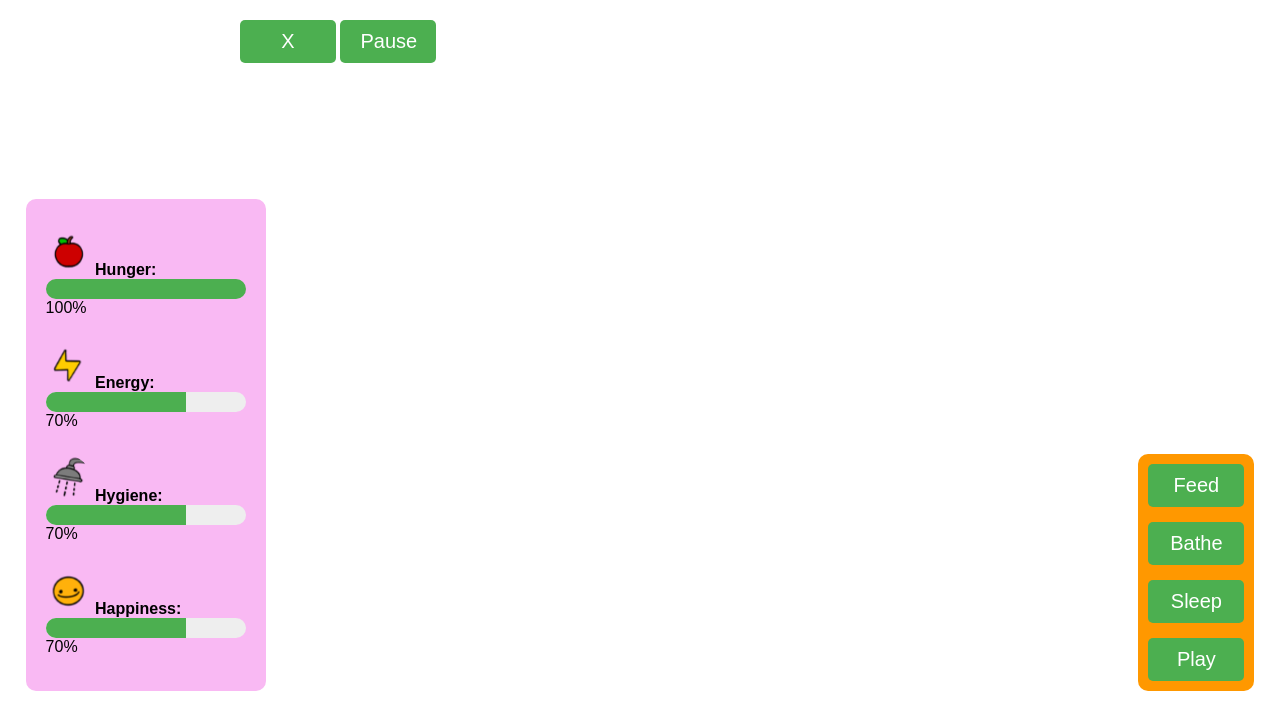
Repository: sarahjx/CapyCare
Page: html/index.html
An editor plug-in stored every save of this project. The page is shown before and after a run of saves, followed by the edit.
The browser window is 1280 px wide. The pictures show the whole page.
After loading, the first visible `.game-over-content > button` was clicked once.
Some web fonts or font styles are not loaded; a fallback is used.

Above is the page before, as saved 2025-04-30 18:01:32.

After the next 3 saves:
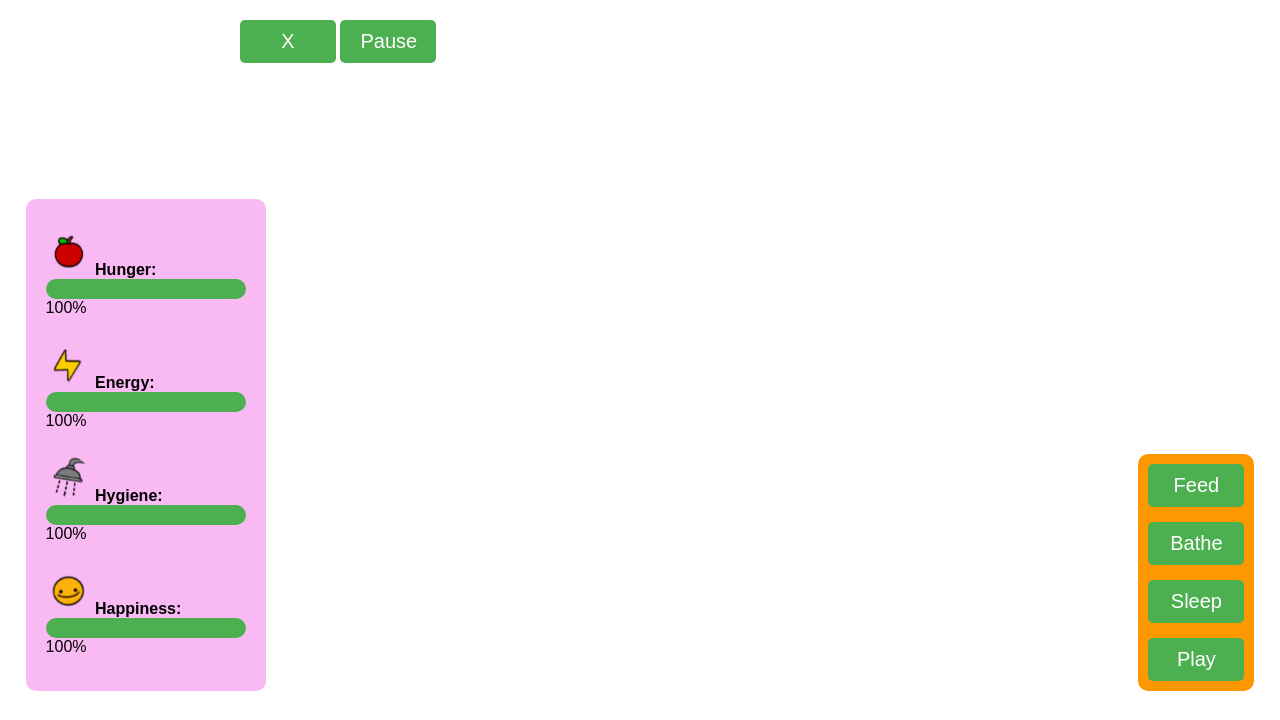
The 3 saves are shown as one change because they came seconds apart.
The last was saved 8 s later.
--- a/backend/status.js
+++ b/backend/status.js
@@ -391,9 +391,9 @@ function showGameOver() {
 function resetGame() {
   isGameOver = false;
   hunger = 100;
-  energy = 70;
-  hygiene = 70;
-  happiness = 70;
+  energy = 100;
+  hygiene = 100;
+  happiness = 100;
   document.getElementById("gameOverScreen").style.display = "none";
   currentPet = getRandomPersonality();
   updateStatusBars();
